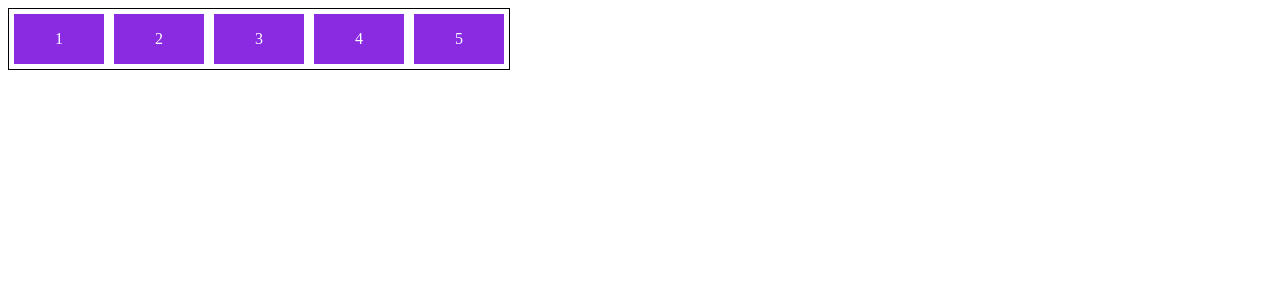
Repository: gabrielbino/projects-dio
Page: Flexbox/@flex-flow.html
These files come from the project's save history. The page is drawn as it stood at one moment and after the next save; the edit follows.
The browser window is 1280 px wide. The pictures show the whole page.

Above is the page before, as saved 2021-10-22 17:03:18.

### Flexbox/@flex-flow.html
<!DOCTYPE html>
<html lang="en">
  <head>
    <meta charset="UTF-8" />
    <meta name="viewport" content="width=device-width, initial-scale=1.0" />
    <title>Fundamentos - Flex flow</title>

    <style>
      .flexContainer {
        display: flex;
        border: 1px solid black;
        max-width: 500px;
      }

      .default {
        flex-flow: row nowrap;
      }

      .flexItem {
        width: 100px;
        height: 50px;
        margin: 5px;
        text-align: center;
        line-height: 50px;
        background-color: blueviolet;
        color: white;
      }
    </style>
  </head>
  <body>
    <div class="flexContainer default">
      <div class="flexItem">1</div>
      <div class="flexItem">2</div>
      <div class="flexItem">3</div>
      <div class="flexItem">4</div>
      <div class="flexItem">5</div>
    </div>
  </body>
</html>

After the next save:
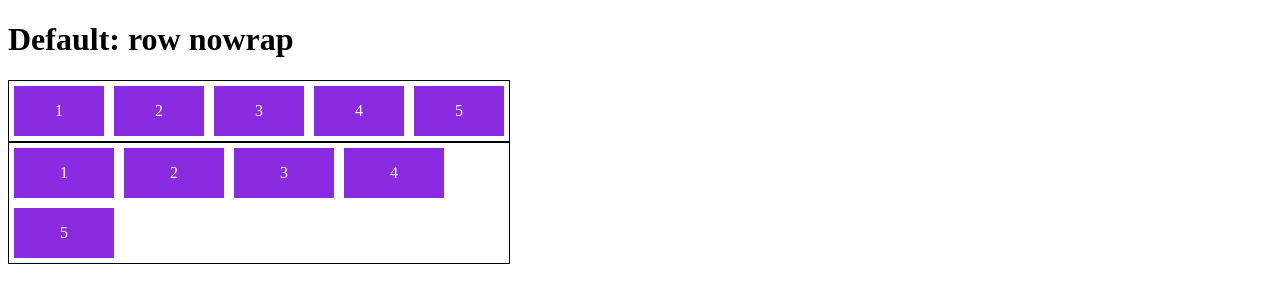
Saved 97 s later.
--- a/Flexbox/@flex-flow.html
+++ b/Flexbox/@flex-flow.html
@@ -16,6 +16,10 @@
         flex-flow: row nowrap;
       }
 
+      .wrap {
+        flex-flow: row wrap;
+      }
+
       .flexItem {
         width: 100px;
         height: 50px;
@@ -28,7 +32,16 @@
     </style>
   </head>
   <body>
+    <h1>Default: row nowrap</h1>
     <div class="flexContainer default">
+      <div class="flexItem">1</div>
+      <div class="flexItem">2</div>
+      <div class="flexItem">3</div>
+      <div class="flexItem">4</div>
+      <div class="flexItem">5</div>
+    </div>
+
+    <div class="flexContainer wrap">
       <div class="flexItem">1</div>
       <div class="flexItem">2</div>
       <div class="flexItem">3</div>
